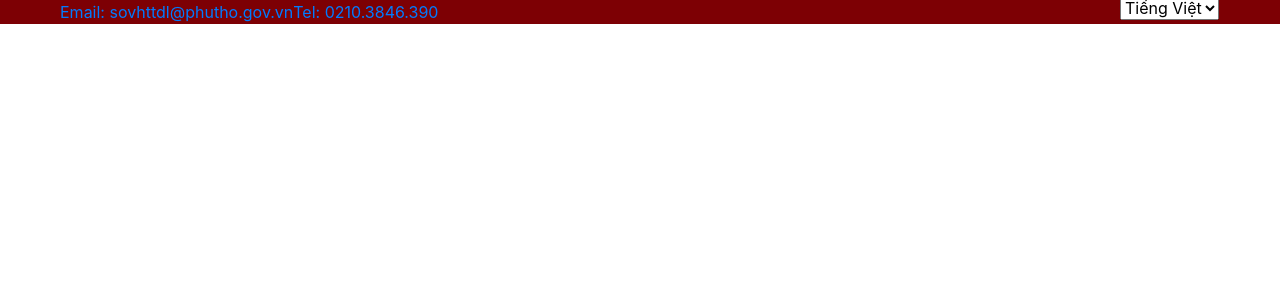
Repository: NgocNB20/Front_end_KLTN
Page: index.html
These files come from the project's save history. The page is drawn as it stood at one moment and after the next save; the edit follows.
The browser window is 1280 px wide. The pictures show the whole page.
Some web fonts or font styles are not loaded; a fallback is used. Some web libraries are served in a nearby version.

Above is the page before, as saved 2021-11-28 10:28:15.

### index.html
<!DOCTYPE html>
<html lang="en">

<head>
    <meta charset="UTF-8">
    <meta http-equiv="X-UA-Compatible" content="IE=edge">
    <meta name="viewport" content="width=device-width, initial-scale=1.0">
    <!-- Bootstrap CSS -->
    <link rel="stylesheet" href="https://maxcdn.bootstrapcdn.com/bootstrap/4.0.0/css/bootstrap.min.css"
        integrity="sha384-Gn5384xqQ1aoWXA+058RXPxPg6fy4IWvTNh0E263XmFcJlSAwiGgFAW/dAiS6JXm" crossorigin="anonymous">
    <link
        href="https://fonts.googleapis.com/css?family=Barlow+Condensed:200,300,400,400i,500,600,700,800,900%7CSatisfy&amp;display=swap"
        rel="stylesheet">
        <link rel="stylesheet" href="https://pro.fontawesome.com/releases/v5.10.0/css/all.css" integrity="sha384-AYmEC3Yw5cVb3ZcuHtOA93w35dYTsvhLPVnYs9eStHfGJvOvKxVfELGroGkvsg+p" crossorigin="anonymous"/>

    <link rel="stylesheet" href="./style.css">
    <title>Travel</title>
</head>

<body>
    <div class="page-wrapper">
        <div class="site-header__header-one-wrap">
            <div class="topbar-one">
                <div class="container-fluid">
                    <div class="topbar-one__left">
                        <a href="mailto:Email: sovhttdl@phutho.gov.vn">Email: sovhttdl@phutho.gov.vn</a>
                        <a href="tel:Tel: 0210.3846.390">Tel: 0210.3846.390</a>
                    </div>
                    <div class="topbar-one__right"></div>
                    <div class="main-nav__right">
                        <div class="dropdown bootstrap-select">
                            <select name="languages" id="languages"
                                class="selectpicker" onchange="javascript:location.href = this.value;" tabindex="-98">
                                <option value="/vi" selected="">Tiếng Việt</option>
                                <option value="/en">English</option>
                            </select>
                        </div><a href="#" class="main-nav__search search-popup__toggler"><i
                                class="tripo-icon-magnifying-glass"></i></a><a href="#"
                            class="main-nav__login login-popup__toggler"><i class="tripo-icon-avatar"></i></a>
                            <i class="tripo-icon-magnifying-glass"></i>
                            <i class="tripo-icon-magnifying-glass"></i>
                            <i class="tripo-icon-magnifying-glass"></i>
                    </div>
                </div>
            </div>
            <div class="container-fluid">

            </div>
        </div>
    </div>

</body>

</html>

### style.css
:root {
    --thm-font: 'Barlow Condensed', sans-serif;
    --heading-font: 'Charmonman', cursive;
    --thm-base: #ffa801;
    --thm-base-rgb: 255, 168, 1;
    --thm-primary: #40b9eb;
    --thm-primary-rgb: 64, 185, 235;
    --thm-secondary: #ff0143;
    --thm-secondary-rgb: 255, 1, 67;
    --thm-black: #082740;
    --thm-black-rgb: 8, 39, 64;
    --thm-gray: #eceeef;
    --blue: #007bff;
    --indigo: #6610f2;
    --purple: #6f42c1;
    --pink: #e83e8c;
    --red: #dc3545;
    --orange: #fd7e14;
    --yellow: #ffc107;
    --green: #28a745;
    --teal: #20c997;
    --cyan: #17a2b8;
    --white: #fff;
    --gray: #6c757d;
    --gray-dark: #343a40;
    --primary: #007bff;
    --secondary: #6c757d;
    --success: #28a745;
    --info: #17a2b8;
    --warning: #ffc107;
    --danger: #dc3545;
    --light: #f8f9fa;
    --dark: #343a40;
    --breakpoint-xs: 0;
    --breakpoint-sm: 576px;
    --breakpoint-md: 768px;
    --breakpoint-lg: 992px;
    --breakpoint-xl: 1200px;
    --font-family-sans-serif: -apple-system,BlinkMacSystemFont,"Segoe UI",Roboto,"Helvetica Neue",Arial,"Noto Sans",sans-serif,"Apple Color Emoji","Segoe UI Emoji","Segoe UI Symbol","Noto Color Emoji";
    --font-family-monospace: SFMono-Regular,Menlo,Monaco,Consolas,"Liberation Mono","Courier New",monospace;
}
.topbar-one {
    background-color: #7d0004;
}
.topbar-one .container-fluid {
    padding-left: 0;
    padding-right: 0;
    display: -webkit-box;
    display: flex;
    -webkit-box-align: center;
    align-items: center;
    -webkit-box-pack: justify;
    justify-content: space-between;
}
.topbar-one__left {
    display: -webkit-box;
    display: flex;
    -webkit-box-align: center;
    align-items: center;
    padding-left: 60px;
}
.topbar-one__right {
    display: -webkit-box;
    display: flex;
    -webkit-box-align: center;
    align-items: center;
}
.main-nav__right {
    margin-left: auto;
    display: -webkit-box;
    display: flex;
    -webkit-box-align: center;
    align-items: center;
    padding-right: 60px;
}
.main-nav__right .bootstrap-select:not([class*="col-"]):not([class*="form-control"]):not(.input-group-btn) {
    width: 100px;
    position: relative;
    top: -4px;
}

After the next save:
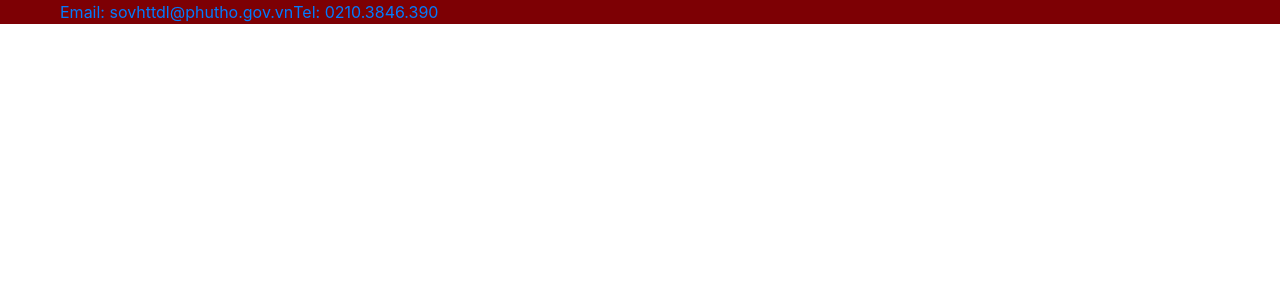
Saved 33 s later.
--- a/index.html
+++ b/index.html
@@ -28,18 +28,7 @@
                     </div>
                     <div class="topbar-one__right"></div>
                     <div class="main-nav__right">
-                        <div class="dropdown bootstrap-select">
-                            <select name="languages" id="languages"
-                                class="selectpicker" onchange="javascript:location.href = this.value;" tabindex="-98">
-                                <option value="/vi" selected="">Tiếng Việt</option>
-                                <option value="/en">English</option>
-                            </select>
-                        </div><a href="#" class="main-nav__search search-popup__toggler"><i
-                                class="tripo-icon-magnifying-glass"></i></a><a href="#"
-                            class="main-nav__login login-popup__toggler"><i class="tripo-icon-avatar"></i></a>
-                            <i class="tripo-icon-magnifying-glass"></i>
-                            <i class="tripo-icon-magnifying-glass"></i>
-                            <i class="tripo-icon-magnifying-glass"></i>
+
                     </div>
                 </div>
             </div>
